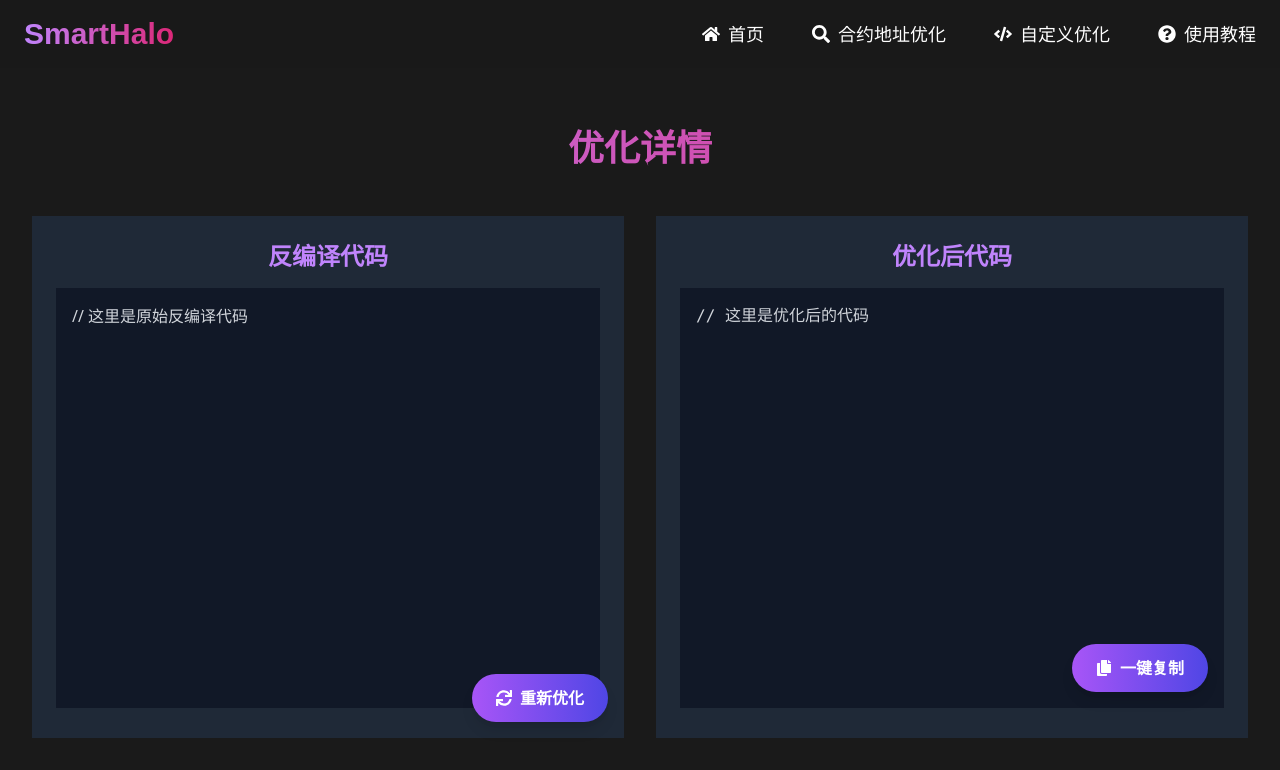
Repository: RunnerQuan/smart-halo
Page: /optimization-details
These files come from the project's save history. The page is drawn as it stood at one moment and after the next save; the edit follows.
The browser window is 1280 px wide. The pictures show the whole page.
The project was rebuilt for these pictures with package versions that can differ from the ones it lists, and the page was loaded fresh each time. The framework's server and built-in components were replaced by stand-ins that run in the browser. Also part of the build but not shown: next.config.mjs.

Above is the page before, as saved 2024-10-18 14:47:19.

After the next save:
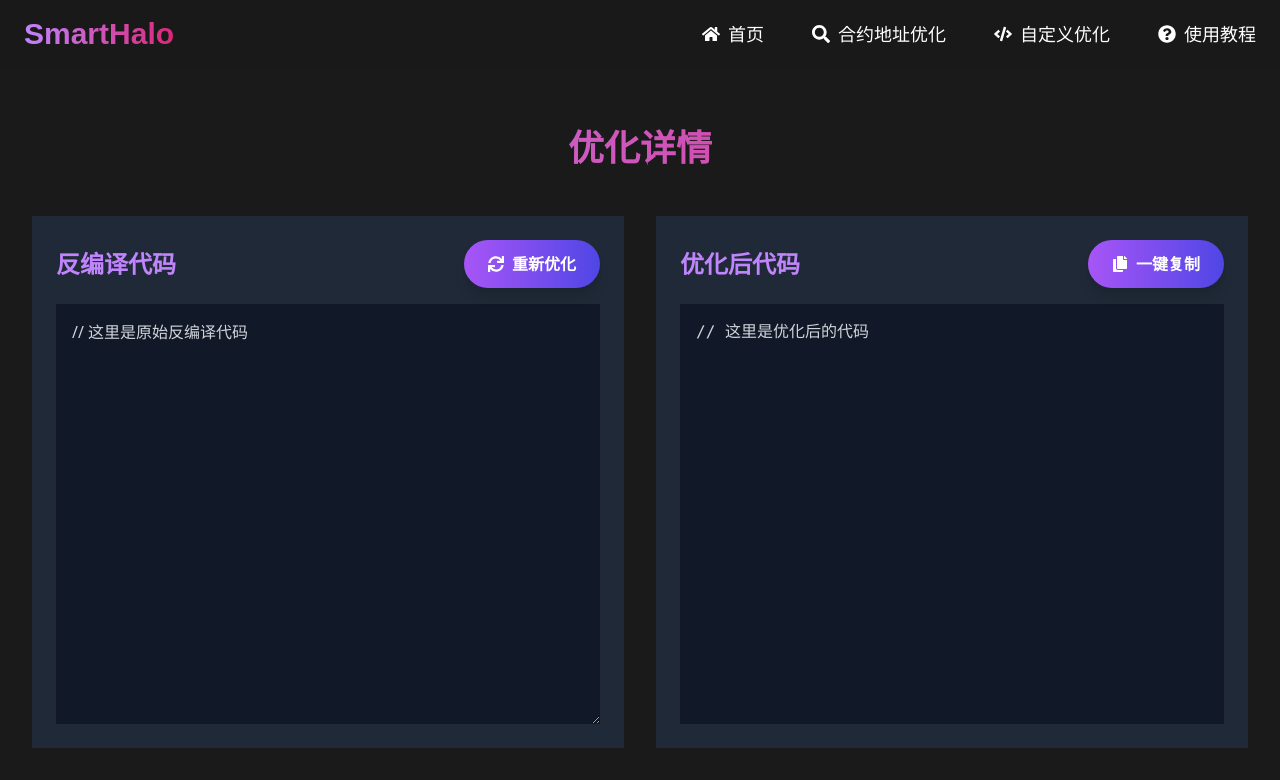
Saved 2 min 1 s later.
--- a/app/optimization-details/page.tsx
+++ b/app/optimization-details/page.tsx
@@ -1,3 +1,97 @@
+// "use client";
+
+// import { useState } from 'react';
+// import { motion } from 'framer-motion';
+// import AnimatedButton from '../../components/ui/animated-button';
+// import Navbar from '../../components/Navbar';
+// import { FaCopy, FaSync } from 'react-icons/fa';
+
+// export default function OptimizationDetails() {
+//   const [isCopied, setIsCopied] = useState(false);
+//   const [originalCode, setOriginalCode] = useState('// 这里是原始反编译代码');
+//   const [optimizedCode, setOptimizedCode] = useState('// 这里是优化后的代码');
+
+//   const handleCopy = () => {
+//     navigator.clipboard.writeText(optimizedCode);
+//     setIsCopied(true);
+//     setTimeout(() => setIsCopied(false), 2000);
+//   };
+
+//   const handleReoptimize = () => {
+//     // 这里应该是重新优化的逻辑
+//     console.log("重新优化");
+//   };
+
+//   return (
+//     <main className="flex min-h-screen flex-col items-center justify-start p-8 bg-[#1A1A1A] text-white font-sans">
+//       <Navbar />
+//       <div className="mt-24 w-full max-w-7xl mx-auto">
+//         <motion.h1
+//           className="text-4xl font-bold mb-12 text-center text-transparent bg-clip-text bg-gradient-to-r from-purple-400 to-pink-600"
+//           initial={{ opacity: 0, y: -50 }}
+//           animate={{ opacity: 1, y: 0 }}
+//           transition={{ duration: 0.5 }}
+//         >
+//           优化详情
+//         </motion.h1>
+
+//         <div className="w-full flex flex-col md:flex-row space-y-8 md:space-y-0 md:space-x-8">
+//           <motion.div
+//             className="flex-1 bg-gray-800 rounded-lg p-6 relative"
+//             initial={{ opacity: 0, x: -50 }}
+//             animate={{ opacity: 1, x: 0 }}
+//             transition={{ duration: 0.5, delay: 0.2 }}
+//           >
+//             <h2 className="text-2xl font-semibold mb-4 text-purple-400 text-center">反编译代码</h2>
+//             <textarea
+//               className="w-full h-[calc(100vh-300px)] bg-gray-900 text-gray-300 p-4 rounded-lg focus:outline-none focus:ring-2 focus:ring-purple-500"
+//               value={originalCode}
+//               onChange={(e) => setOriginalCode(e.target.value)}
+//             ></textarea>
+//             <div className="absolute bottom-4 right-4">
+//               <AnimatedButton onClick={handleReoptimize} className="flex items-center">
+//                 <FaSync className="mr-2" />
+//                 重新优化
+//               </AnimatedButton>
+//             </div>
+//           </motion.div>
+
+//           <motion.div
+//             className="flex-1 bg-gray-800 rounded-lg p-6"
+//             initial={{ opacity: 0, x: 50 }}
+//             animate={{ opacity: 1, x: 0 }}
+//             transition={{ duration: 0.5, delay: 0.4 }}
+//           >
+//             <h2 className="text-2xl font-semibold mb-4 text-purple-400 text-center">优化后代码</h2>
+//             <div className="relative">
+//               <pre className="w-full h-[calc(100vh-300px)] bg-gray-900 text-gray-300 p-4 rounded-lg overflow-auto">
+//                 {optimizedCode}
+//               </pre>
+//               <div className="absolute bottom-4 right-4">
+//                 <AnimatedButton onClick={handleCopy} className="flex items-center">
+//                   <FaCopy className="mr-2" />
+//                   一键复制
+//                 </AnimatedButton>
+//               </div>
+//             </div>
+//           </motion.div>
+//         </div>
+
+//         {isCopied && (
+//           <motion.div
+//             className="fixed bottom-8 right-8 bg-green-500 text-white px-4 py-2 rounded-lg shadow-lg"
+//             initial={{ opacity: 0, y: 50 }}
+//             animate={{ opacity: 1, y: 0 }}
+//             exit={{ opacity: 0, y: 50 }}
+//           >
+//             优化后代码已复制到剪贴板
+//           </motion.div>
+//         )}
+//       </div>
+//     </main>
+//   );
+// }
+
 "use client";
 
 import { useState } from 'react';
@@ -37,43 +131,41 @@ export default function OptimizationDetails() {
 
         <div className="w-full flex flex-col md:flex-row space-y-8 md:space-y-0 md:space-x-8">
           <motion.div
-            className="flex-1 bg-gray-800 rounded-lg p-6 relative"
+            className="flex-1 bg-gray-800 rounded-lg p-6 relative flex flex-col"
             initial={{ opacity: 0, x: -50 }}
             animate={{ opacity: 1, x: 0 }}
             transition={{ duration: 0.5, delay: 0.2 }}
           >
-            <h2 className="text-2xl font-semibold mb-4 text-purple-400 text-center">反编译代码</h2>
+            <div className="flex justify-between items-center mb-4">
+              <h2 className="text-2xl font-semibold text-purple-400">反编译代码</h2>
+              <AnimatedButton onClick={handleReoptimize} className="flex items-center">
+                <FaSync className="mr-2" />
+                重新优化
+              </AnimatedButton>
+            </div>
             <textarea
               className="w-full h-[calc(100vh-300px)] bg-gray-900 text-gray-300 p-4 rounded-lg focus:outline-none focus:ring-2 focus:ring-purple-500"
               value={originalCode}
               onChange={(e) => setOriginalCode(e.target.value)}
             ></textarea>
-            <div className="absolute bottom-4 right-4">
-              <AnimatedButton onClick={handleReoptimize} className="flex items-center">
-                <FaSync className="mr-2" />
-                重新优化
-              </AnimatedButton>
-            </div>
           </motion.div>
 
           <motion.div
-            className="flex-1 bg-gray-800 rounded-lg p-6"
+            className="flex-1 bg-gray-800 rounded-lg p-6 relative flex flex-col"
             initial={{ opacity: 0, x: 50 }}
             animate={{ opacity: 1, x: 0 }}
             transition={{ duration: 0.5, delay: 0.4 }}
           >
-            <h2 className="text-2xl font-semibold mb-4 text-purple-400 text-center">优化后代码</h2>
-            <div className="relative">
-              <pre className="w-full h-[calc(100vh-300px)] bg-gray-900 text-gray-300 p-4 rounded-lg overflow-auto">
-                {optimizedCode}
-              </pre>
-              <div className="absolute bottom-4 right-4">
-                <AnimatedButton onClick={handleCopy} className="flex items-center">
-                  <FaCopy className="mr-2" />
-                  一键复制
-                </AnimatedButton>
-              </div>
+            <div className="flex justify-between items-center mb-4">
+              <h2 className="text-2xl font-semibold text-purple-400">优化后代码</h2>
+              <AnimatedButton onClick={handleCopy} className="flex items-center">
+                <FaCopy className="mr-2" />
+                一键复制
+              </AnimatedButton>
             </div>
+            <pre className="w-full h-[calc(100vh-300px)] bg-gray-900 text-gray-300 p-4 rounded-lg overflow-auto">
+              {optimizedCode}
+            </pre>
           </motion.div>
         </div>
 
